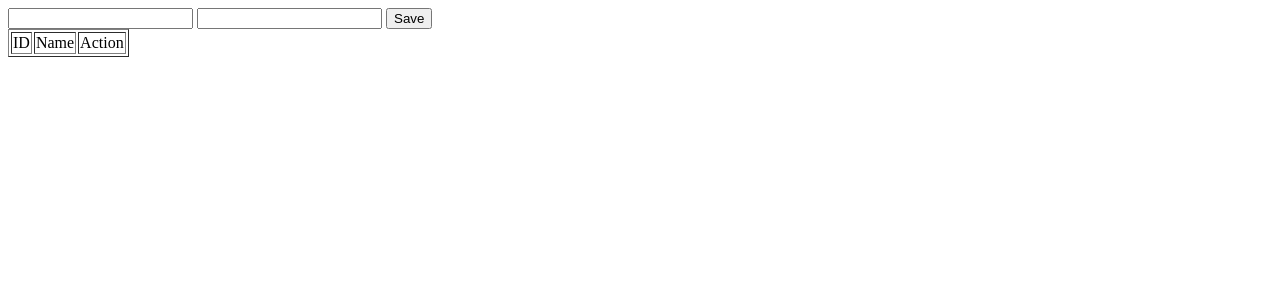
Repository: minhtuan16/JS-Basic
Page: JavaScript Begin/htmldom.html
An editor plug-in stored every save of this project. The page is shown before and after the next save, followed by the edit.
The browser window is 1280 px wide. The pictures show the whole page.

Above is the page before, as saved 2022-06-03 20:48:40.

After the next save:
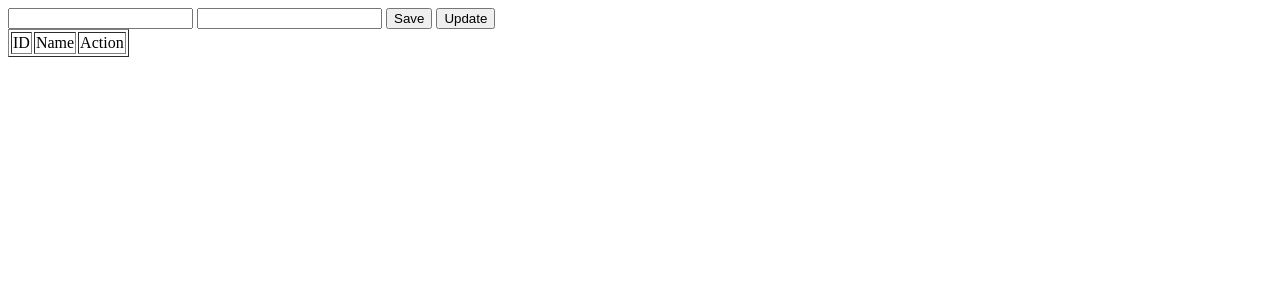
Saved 2 min 22 s later.
--- a/JavaScript Begin/htmldom.html
+++ b/JavaScript Begin/htmldom.html
@@ -11,7 +11,7 @@
         <input type="text" id="id" value="">
         <input type="text" id="name" value="">
         <button type="button" id="saveBtn" onclick="create()">Save</button>
-
+        <button type="button" id="saveBtn" onclick="create()">Update</button>
     </form>
     <table border="1px">
         <tr>
